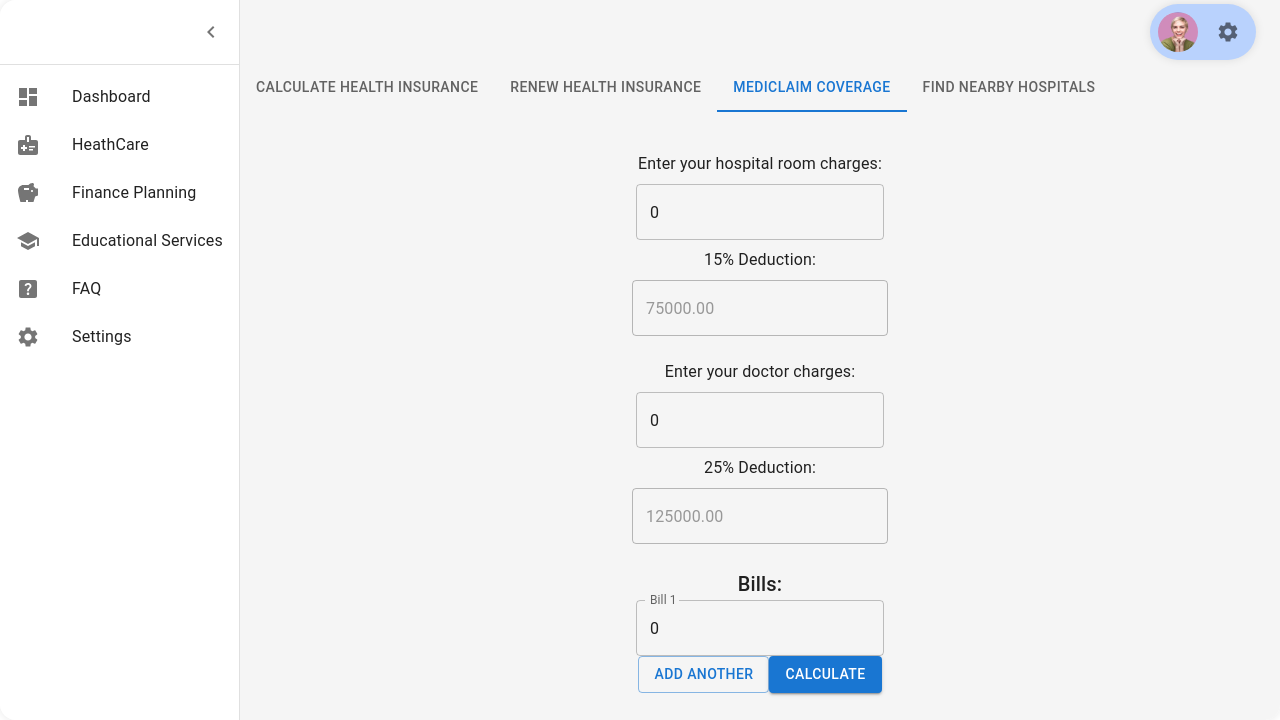
Repository: shubhampirate/TIAA_Retirement_hackathon
Page: /health, after clicking the first element matching `div.MuiTabs-flexContainer > :nth-child(3)`
The author's editor kept a copy of each file at every save. The page is drawn from the files as they stood at one save, then again after the next save.
The browser window is 1280 px wide. The pictures show the whole page.
The project was rebuilt for these pictures with package versions that can differ from the ones it lists, and the page was loaded fresh each time. Also part of the build but not shown: src/Components/CustomButton.jsx, src/Components/Navbar.jsx, src/Components/Properties.jsx, src/Components/Footer.jsx, src/Components/Hero.jsx, src/pages/Sign_In.jsx, src/Components/GaugeChart.jsx, src/Components/Deposits.jsx and 5 more.

Above is the page before, as saved 2023-11-18 18:03:14.

### src/index.css
@import url("https://fonts.googleapis.com/css2?family=Poppins:wght@400;500;700&display=swap");

* {
  margin: 0;
  padding: 0;
  box-sizing: border-box;
  font-family: "Poppins", sans-serif;
}

body {
  margin: 0;
  -webkit-font-smoothing: antialiased;
  -moz-osx-font-smoothing: grayscale;
}

code {
  font-family: source-code-pro, Menlo, Monaco, Consolas, "Courier New",
    monospace;
}

### src/App.jsx
import Hero from "./Components/Hero";
import SignIn from "./pages/Sign_In";
import Dashboard from "./Components/Dashboard";
import Health from "./Components/Health";
import Settings from "./Components/Settings";
import Questions from "./Components/Questions";
import { Route, Routes } from "react-router-dom";
function App() {
  return (
    <>
      <Routes>
        <Route path="/SignIn" element={<><SignIn /></>} />
        <Route path="/dashboard" element={<><Dashboard /></>} />
        <Route path="/health" element={<><Health /></>} />
        <Route path="/settings" element={<><Settings /></>} />
        <Route path="/questions" element={<><Questions /></>} />
        <Route path="/" element={<><Hero /></>} />
      </Routes>

    </>
  );
}

export default App;

### src/Components/Health.jsx
// import * as React from 'react';
import React, { useState } from 'react';
import { styled, createTheme, ThemeProvider } from '@mui/material/styles';
// import { styled, createTheme, ThemeProvider } from '@mui/material/styles';
import CssBaseline from '@mui/material/CssBaseline';
import MuiDrawer from '@mui/material/Drawer';
import Box from '@mui/material/Box';
import MuiAppBar from '@mui/material/AppBar';
import Toolbar from '@mui/material/Toolbar';
import List from '@mui/material/List';
import Typography from '@mui/material/Typography';
import Divider from '@mui/material/Divider';
import IconButton from '@mui/material/IconButton';
import Container from '@mui/material/Container';
import Grid from '@mui/material/Grid';
import Paper from '@mui/material/Paper';
import MenuIcon from '@mui/icons-material/Menu';
import ChevronLeftIcon from '@mui/icons-material/ChevronLeft';
import SettingsIcon from '@mui/icons-material/Settings';
import { mainListItems } from './listItems';
import heroImg_4 from "../media/img_4.jpeg";
import LinearProgress from '@mui/material/LinearProgress';
import HelpOutlineIcon from '@mui/icons-material/HelpOutline';
import { Accordion, AccordionSummary, AccordionDetails } from '@mui/material';
import ExpandMoreIcon from '@mui/icons-material/ExpandMore';
import Tabs from '@mui/material/Tabs';
import Tab from '@mui/material/Tab';
import InputBase from '@mui/material/InputBase';
import SearchIcon from '@mui/icons-material/Search';
import useMediaQuery from '@mui/material/useMediaQuery';
import TextField from '@mui/material/TextField';
import Button from '@mui/material/Button';
import InputAdornment from '@mui/material/InputAdornment';
const healthTopics = [
    {
      label: 'Calculate Health Insurance',
      content: 'Content for calculating health insurance...',
    },
    {
      label: 'Renew Health Insurance',
      content: 'Content for renewing health insurance...',
    },
    {
      label: 'Mediclaim Coverage',
      content: 'Content for determining mediclaim coverage...',
    },
    {
      label: 'Find Nearby Hospitals',
      content: 'Content for finding nearby hospitals...',
    },
  ];

  const HealthTabContent = ({ label, content }) => (
    <Box sx={{ p: 3 }}>
      <Typography variant="h5" mb={2}>{label}</Typography>
      <Typography>{content}</Typography>
    </Box>
  );
  const CalculateMediclaimTabContent = ({ label, content }) => {
    const [roomCharges, setRoomCharges] = useState(0);
    const [doctorCharges, setDoctorCharges] = useState(0);
    const [bills, setBills] = useState([{ amount: 0 }]);

    const handleAddBill = () => {
      setBills([...bills, { amount: 0 }]);
    };

    const handleBillAmountChange = (index, amount) => {
      const updatedBills = [...bills];
      updatedBills[index].amount = amount;
      setBills(updatedBills);
    };
    const  healthinsurance = 500000;
    const roomChargesDeduction = (15 / 100) * healthinsurance;
      const doctorChargesDeduction = (25 / 100) * healthinsurance;
    const handleCalculate = () => {
      const roomChargesValue = parseFloat(roomCharges);
      const doctorChargesValue = parseFloat(doctorCharges);
      // const doctorChargesDeduction = (25 / 100) * healthinsurance;
    const  healthinsurance = 500000;
      // Calculate total amount from room and doctor charges
      const roomAndDoctorCharges = roomChargesValue + doctorChargesValue;

      // Calculate total bills
      const totalBills = bills.reduce((total, bill) => total + parseFloat(bill.amount), 0);


      // Calculate deductions for room charges (15%) and doctor charges (25%)
      const roomChargesDeduction = (15 / 100) * healthinsurance;
      const doctorChargesDeduction = (25 / 100) * healthinsurance;

      // Check if room charges exceed 15%
      const roomChargesExceed = roomCharges > roomChargesDeduction;
      // Check if doctor charges exceed 25%
      const doctorChargesExceed = doctorCharges > doctorChargesDeduction;

      // Calculate surplus amounts for room charges and doctor charges
      const roomChargesSurplus = roomChargesExceed ? roomCharges - roomChargesDeduction : 0;
      const doctorChargesSurplus = doctorChargesExceed ? doctorCharges - doctorChargesDeduction : 0;

      // Deduct surplus amounts from the total bills
      const finalAmount = totalBills - roomChargesSurplus - doctorChargesSurplus;

      // You can use the calculated values as needed, such as displaying them or further processing.
      console.log("Total Room and Doctor Charges:", roomAndDoctorCharges);
      console.log("Total Bills:", totalBills);
      console.log("Room Charges Surplus Deduction:", roomChargesSurplus);
      console.log("Doctor Charges Surplus Deduction:", doctorChargesSurplus);
      console.log("Final Amount after Deductions:", finalAmount);
    };

    return (
      <Box sx={{ p: 3, textAlign: 'center' }}>
      <Typography variant="h5" mb={2}>{label}</Typography>

      {/* Hospital room charges */}
      <Typography mb={1}>Enter your hospital room charges:</Typography>
      <TextField
        type="text"
        value={roomCharges}
        onChange={(e) => setRoomCharges(e.target.value)}
      />
      <Typography mb={1} mt={1}>15% Deduction:</Typography>
      <TextField
        disabled
        value={(roomChargesDeduction).toFixed(2)}
        InputProps={{
          endAdornment: <InputAdornment position="end"></InputAdornment>,
        }}
      />

      {/* Doctor charges */}
      <Typography mb={1} mt={3}>Enter your doctor charges:</Typography>
      <TextField
        type="text"
        value={doctorCharges}
        onChange={(e) => setDoctorCharges(e.target.value)}
      />
      <Typography mb={1} mt={1}>25% Deduction:</Typography>
      <TextField
        disabled
        value={(doctorChargesDeduction).toFixed(2)}
        InputProps={{
          endAdornment: <InputAdornment position="end"></InputAdornment>,
        }}
      />

      {/* Bills */}
      <Typography variant="h6" mt={3}>Bills:</Typography>
      {bills.map((bill, index) => (
        <div key={index} mt={1}>
          <TextField
            label={`Bill ${index + 1}`}
            type="number"
            value={bill.amount}
            onChange={(e) => handleBillAmountChange(index, e.target.value)}
          />
        </div>
      ))}
      <Button variant="outlined" mt={2} onClick={handleAddBill}>Add Another</Button>

      <Button variant="contained" mt={3} onClick={handleCalculate}>Calculate</Button>
    </Box>
    );
  };
const Title = styled(Typography)(({ theme }) => ({
    fontSize: "25px",
    color: "#042A57",
    fontWeight: "bold",
    textAlign: "left",
    margin: theme.spacing(4, 0, 4, 0),
    [theme.breakpoints.down("sm")]: {
      fontSize: "30px",
    },
  }));
const drawerWidth = 240;

const AppBar = styled(MuiAppBar, {
  shouldForwardProp: (prop) => prop !== 'open',
})(({ theme, open }) => ({
  zIndex: theme.zIndex.drawer + 1,
  transition: theme.transitions.create(['width', 'margin'], {
    easing: theme.transitions.easing.sharp,
    duration: theme.transitions.duration.leavingScreen,
  }),
  ...(open && {
    marginLeft: drawerWidth,
    width: `calc(100% - ${drawerWidth}px)`,
    transition: theme.transitions.create(['width', 'margin'], {
      easing: theme.transitions.easing.sharp,
      duration: theme.transitions.duration.enteringScreen,
    }),
  }),
}));


const ProgressBarBox = ({ title, value }) => {
    let indicatorText = '';
    let color = '';

    if (value <= 30) {
      indicatorText = 'Less';
      color = '#BDFF7B';
    } else if (value <= 70) {
      indicatorText = 'Nearby Full';
      color = '#FFE779';
    } else {
      indicatorText = 'Completely Full';
      color = '#FC8965';
    }

    return (
      <Grid item xs={12} sm={6} md={4}>
        <Paper
          sx={{
            p: 2,
            display: 'flex',
            flexDirection: 'column',
            alignItems: 'center',
            borderRadius: '16px',
          }}
        >
          <Typography variant="h6" sx={{ mb: 1, color: "#0066FF" }}>
            {title}
          </Typography>
          <LinearProgress
          variant="determinate"
          value={value}
          sx={{
            width: '100%',
            height: '12px',
            borderRadius: '8px',
            backgroundColor: '#f0f0f0',
            marginBottom: '8px',
            '& .MuiLinearProgress-bar': {
              backgroundColor: color,
            },
          }}
        />

          <Box
          sx={{
            display: 'flex',
            justifyContent: 'space-between',
            width: '100%',

          }}
        >
          <Typography variant="body2">{indicatorText}</Typography>
          <Typography variant="body2">{value}%</Typography>
        </Box>
        </Paper>
      </Grid>
    );
  };
const Drawer = styled(MuiDrawer, { shouldForwardProp: (prop) => prop !== 'open' })(
  ({ theme, open }) => ({
    '& .MuiDrawer-paper': {
      position: 'relative',
      whiteSpace: 'nowrap',
      width: drawerWidth,
      transition: theme.transitions.create('width', {
        easing: theme.transitions.easing.sharp,
        duration: theme.transitions.duration.enteringScreen,
      }),
      boxSizing: 'border-box',
      ...(!open && {
        overflowX: 'hidden',
        transition: theme.transitions.create('width', {
          easing: theme.transitions.easing.sharp,
          duration: theme.transitions.duration.leavingScreen,
        }),
        width: theme.spacing(7),
        [theme.breakpoints.up('sm')]: {
          width: theme.spacing(9),
        },
      }),
    },
  }),
);

// TODO remove, this demo shouldn't need to reset the theme.
const defaultTheme = createTheme();

export default function Health() {

    const [open, setOpen] = React.useState(true);
    const [selectedTabIndex, setSelectedTabIndex] = useState(0);
    const isSmallScreen = useMediaQuery('(max-width:600px)');
  const toggleDrawer = () => {
    setOpen(!open);
  };
  const handleTabChange = (event, newValue) => {
    setSelectedTabIndex(newValue);
  };


  return (
    <ThemeProvider theme={defaultTheme}>
      <Box sx={{ display: 'flex', borderRadius: '16px', overflow: 'hidden', boxShadow: '0px 0px 10px rgba(0, 0, 0, 0.1)' }} >
        <CssBaseline />

<AppBar position="absolute" open={open} sx={{ backgroundColor: "whitesmoke", boxShadow: 'none' }}>
  <Toolbar
    sx={{
      pr: '24px', // keep right padding when drawer closed
      display: 'flex',
      alignItems: 'center',
      justifyContent: 'space-between',
    }}
  >
    <Box sx={{ display: 'flex', alignItems: 'center' }}>
      <IconButton
        edge="start"
        aria-label="open drawer"
        onClick={toggleDrawer}
        sx={{
          marginRight: '36px',
          ...(open && { display: 'none' }),
          backgroundColor: "#fff"
        }}
      >
        <MenuIcon  />
      </IconButton>

      {/* Search tab */}
      {/* <Box sx={{ display: 'flex', alignItems: 'center', backgroundColor: 'white', borderRadius: '4px', padding: '4px' }}>
        <IconButton>
          <SearchIcon />
        </IconButton>
        <InputBase
          placeholder="Search..."
          sx={{ ml: 1 }}
        />
      </Box> */}

    </Box>

    <Box sx={{ display: 'flex', alignItems: 'center', backgroundColor: '#B9D2FD', boxShadow: '0px 0px 10px rgba(0, 0, 0, 0.1)', borderRadius: '40px', padding: '8px' }}>
      {/* User profile image */}
      <img
        src={heroImg_4}
        alt="User Profile"
        style={{ borderRadius: '50%', width: '40px', height: '40px', marginRight: '10px' }}
      />

      {/* Settings button */}
      <IconButton>
        <SettingsIcon />
      </IconButton>
    </Box>
  </Toolbar>
</AppBar>

        <Drawer variant="permanent" open={open}>
          <Toolbar
            sx={{
              display: 'flex',
              alignItems: 'center',
              justifyContent: 'flex-end',
              px: [1],
            }}
          >
            <IconButton onClick={toggleDrawer}>
              <ChevronLeftIcon />
            </IconButton>
          </Toolbar>
          <Divider />
          <List component="nav">
            {mainListItems}
            {/* <Divider sx={{ my: 1 }} /> */}
            {/* {secondaryListItems} */}
          </List>
        </Drawer>
        <Box
          component="main"
          sx={{
            backgroundColor: (theme) =>
              theme.palette.mode === 'light'
                ? theme.palette.grey[100]
                : theme.palette.grey[900],
            flexGrow: 1,
            height: '100vh',
            overflow: 'auto',

          }}
        >
          <Toolbar />
          {/* </Container> */}


          {/* Start Here */}
          {/* {isSmallScreen ? (
            <Tabs value={selectedTabIndex} onChange={handleTabChange} centered>
              {healthTopics.map((topic, index) => (
                <Tab key={index} label={topic.label} />
              ))}
            </Tabs>
          ) : (
            <Tabs value={selectedTabIndex} onChange={handleTabChange} variant="scrollable" scrollButtons="auto">
              {healthTopics.map((topic, index) => (
                <Tab key={index} label={topic.label} />
              ))}
            </Tabs>
          )}

          // {/* Health-related content based on the selected tab */}
          {/* // {healthTopics.map((topic, index) => ( */}
          {/* //   selectedTabIndex === index && ( */}
          {/* //     <HealthTabContent key={index} label={topic.label} content={topic.content} /> */}
          {/* //   ) */}
          {/* // ))} */}
                    {isSmallScreen ? (
            <Tabs value={selectedTabIndex} onChange={handleTabChange} centered>
              {healthTopics.map((topic, index) => (
                <Tab key={index} label={topic.label} />
              ))}
            </Tabs>
          ) : (
            <Tabs value={selectedTabIndex} onChange={handleTabChange} variant="scrollable" scrollButtons="auto">
              {healthTopics.map((topic, index) => (
                <Tab key={index} label={topic.label} />
              ))}
            </Tabs>
          )}
          {/* Health-related content based on the selected tab */}
          {healthTopics.map((topic, index) => (
            selectedTabIndex === index && (
              topic.label === 'Mediclaim Coverage' ? (
                <CalculateMediclaimTabContent key={index} />
              ) : (
                <HealthTabContent key={index} label={topic.label} content={topic.content} />
              )
            )
          ))}

        </Box>
        </Box>
      {/* </Box> */}
    </ThemeProvider>
  );
}

### src/Components/listItems.jsx
import * as React from 'react';
import ListItemButton from '@mui/material/ListItemButton';
import ListItemIcon from '@mui/material/ListItemIcon';
import ListItemText from '@mui/material/ListItemText';
import DashboardIcon from '@mui/icons-material/Dashboard';
import MedicalInformationIcon from '@mui/icons-material/MedicalInformation';
import SavingsIcon from '@mui/icons-material/Savings';
import SchoolIcon from '@mui/icons-material/School';
import HelpCenterIcon from '@mui/icons-material/HelpCenter';
import SettingsIcon from '@mui/icons-material/Settings';


export const mainListItems = (
  <React.Fragment>
    <ListItemButton>
      <ListItemIcon>
        <DashboardIcon />
      </ListItemIcon>
      <ListItemText primary="Dashboard" />
    </ListItemButton>
    <ListItemButton>
      <ListItemIcon>
        <MedicalInformationIcon />
      </ListItemIcon>
      <ListItemText primary="HeathCare" />
    </ListItemButton>
    <ListItemButton>
      <ListItemIcon>
        <SavingsIcon />
      </ListItemIcon>
      <ListItemText primary="Finance Planning" />
    </ListItemButton>
    <ListItemButton>
      <ListItemIcon>
        <SchoolIcon />
      </ListItemIcon>
      <ListItemText primary="Educational Services" />
    </ListItemButton>
    <ListItemButton>
      <ListItemIcon>
        <HelpCenterIcon />
      </ListItemIcon>
      <ListItemText primary="FAQ" />
    </ListItemButton>
    <ListItemButton>
      <ListItemIcon>
        <SettingsIcon />
      </ListItemIcon>
      <ListItemText primary="Settings" />
    </ListItemButton>
  </React.Fragment>
);

// export const secondaryListItems = (
//   <React.Fragment>
//     <ListSubheader component="div" inset>
//       Saved reports
//     </ListSubheader>
//     <ListItemButton>
//       <ListItemIcon>
//         <AssignmentIcon />
//       </ListItemIcon>
//       <ListItemText primary="Current month" />
//     </ListItemButton>
//     <ListItemButton>
//       <ListItemIcon>
//         <AssignmentIcon />
//       </ListItemIcon>
//       <ListItemText primary="Last quarter" />
//     </ListItemButton>
//     <ListItemButton>
//       <ListItemIcon>
//         <AssignmentIcon />
//       </ListItemIcon>
//       <ListItemText primary="Year-end sale" />
//     </ListItemButton>
//   </React.Fragment>
// );

Loaded but not shown: public/index.html (common file); src/index.js (common file)

After the next save:
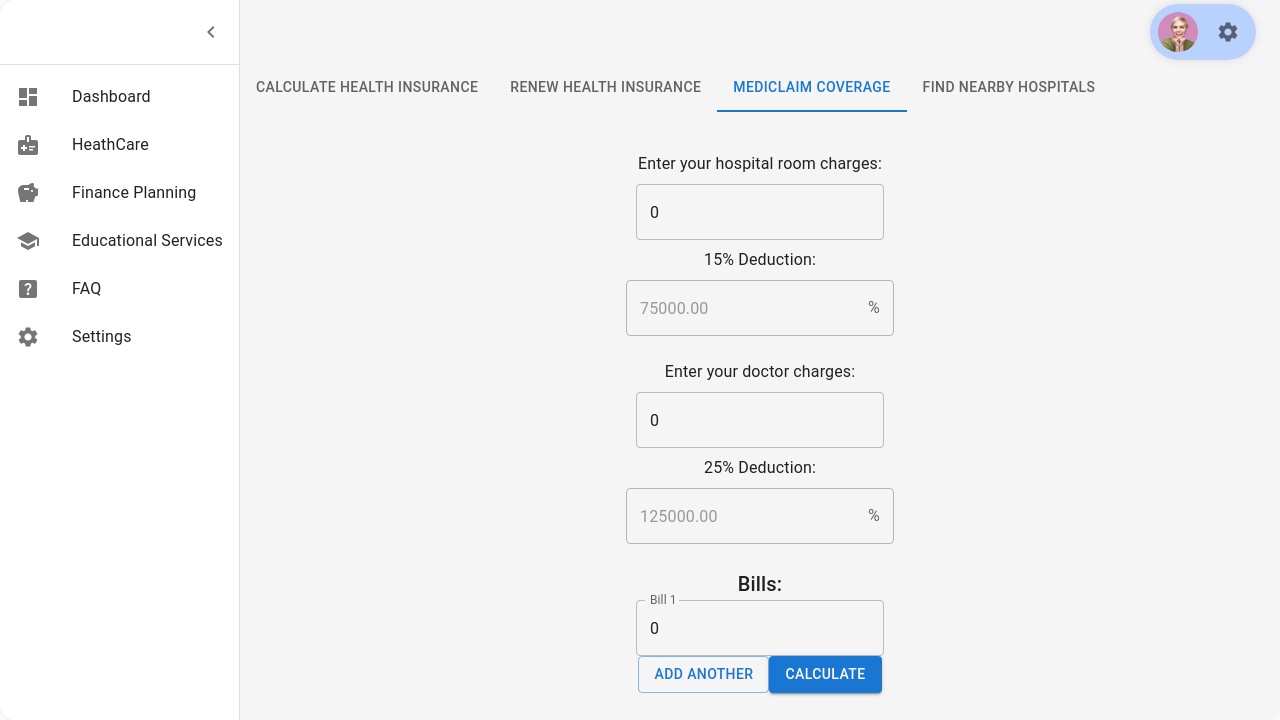
Saved 117 s later.
--- a/src/Components/Health.jsx
+++ b/src/Components/Health.jsx
@@ -116,7 +116,7 @@ const healthTopics = [
       {/* Hospital room charges */}
       <Typography mb={1}>Enter your hospital room charges:</Typography>
       <TextField
-        type="text"
+        type="number"
         value={roomCharges}
         onChange={(e) => setRoomCharges(e.target.value)}
       />
@@ -125,14 +125,14 @@ const healthTopics = [
         disabled
         value={(roomChargesDeduction).toFixed(2)}
         InputProps={{
-          endAdornment: <InputAdornment position="end"></InputAdornment>,
+          endAdornment: <InputAdornment position="end">%</InputAdornment>,
         }}
       />
 
       {/* Doctor charges */}
       <Typography mb={1} mt={3}>Enter your doctor charges:</Typography>
       <TextField
-        type="text"
+        type="number"
         value={doctorCharges}
         onChange={(e) => setDoctorCharges(e.target.value)}
       />
@@ -141,7 +141,7 @@ const healthTopics = [
         disabled
         value={(doctorChargesDeduction).toFixed(2)}
         InputProps={{
-          endAdornment: <InputAdornment position="end"></InputAdornment>,
+          endAdornment: <InputAdornment position="end">%</InputAdornment>,
         }}
       />
 
